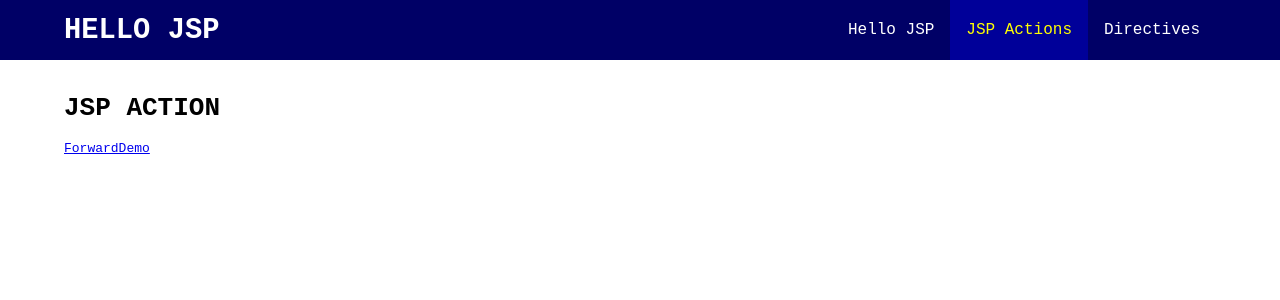
Repository: aungmyattthu/javaWeb
Page: http://localhost/HelloJsp/actions.jsp
These files come from the project's save history. The page is drawn as it stood at one moment and after the next save; the edit follows.
The browser window is 1280 px wide. The pictures show the whole page.
The page is served by Tomcat 9.

Above is the page before, as saved 2023-04-21 17:32:57.

After the next save:
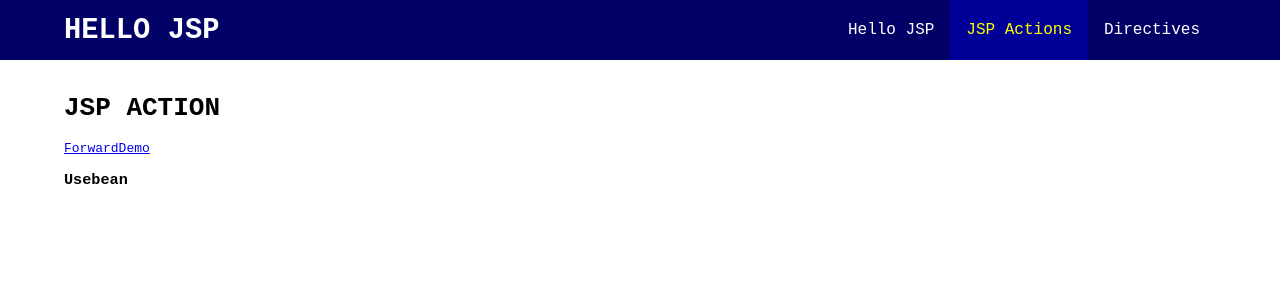
Saved 17 h 0 min later.
--- a/HelloJsp/src/main/webapp/actions.jsp
+++ b/HelloJsp/src/main/webapp/actions.jsp
@@ -22,8 +22,8 @@
 	</jsp:include>
 	<main>
 		<h1>JSP ACTION</h1>
-
-		<a href="actions.jsp?forward=1">ForwardDemo</a>
+		<section><a href="actions.jsp?forward=1">ForwardDemo</a></section>
+		<section><h3>Usebean</h3></section>
 	</main>
 </body>
 </html>
